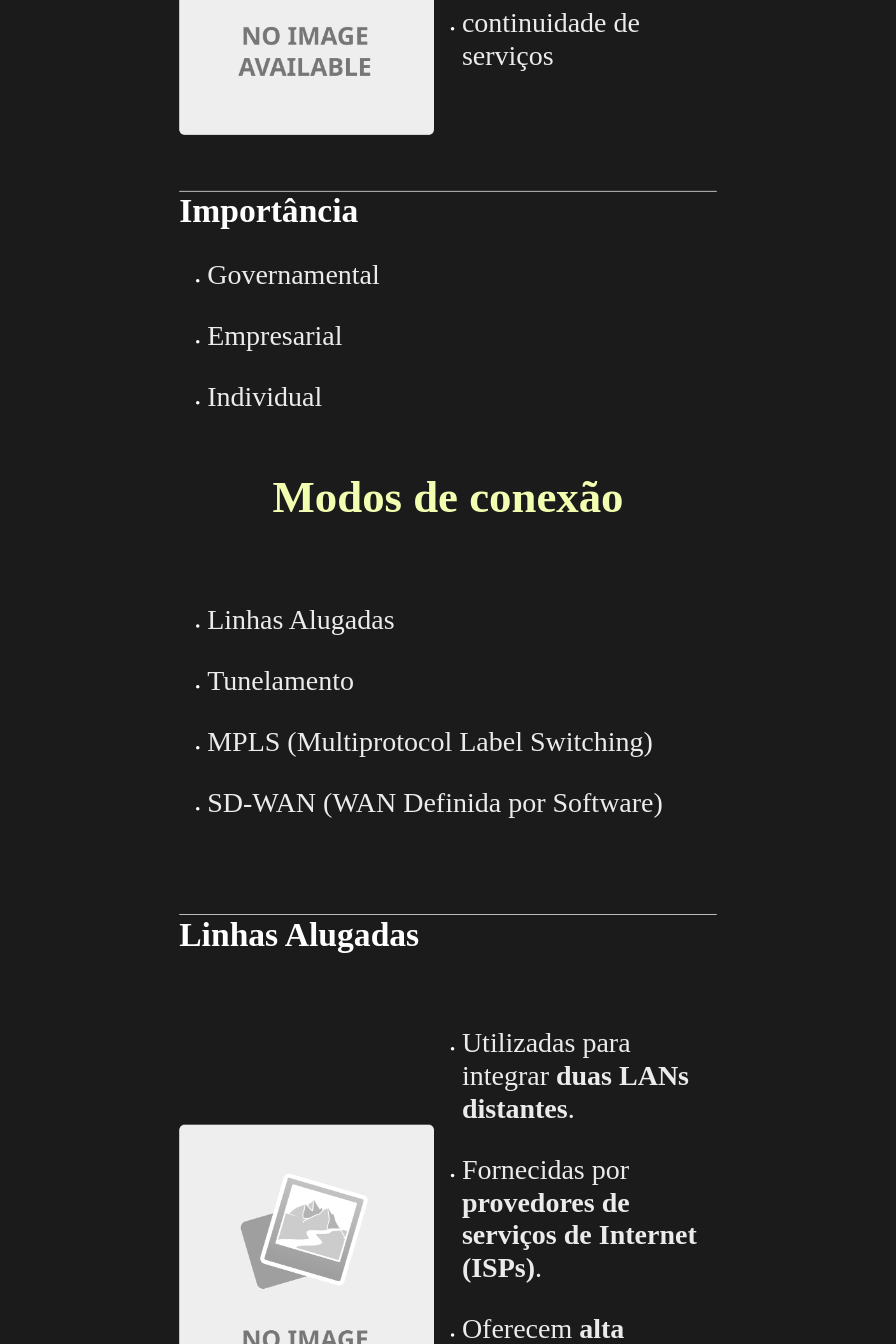
Repository: rafafbd/Site-sobre-redes-remotas
Page: Code/index.html
The author's editor kept a copy of each file at every save. The page is drawn from the files as they stood at one save, then again after a run of saves.
The browser window is 1280 px wide. The pictures show the part of the page from y = 1784 to 3704 px (the page is 7009 px tall before and 6572 px after), at 70% of full size.

Above is the page before, as saved 2025-05-27 08:11:02.

After the next 2 saves:
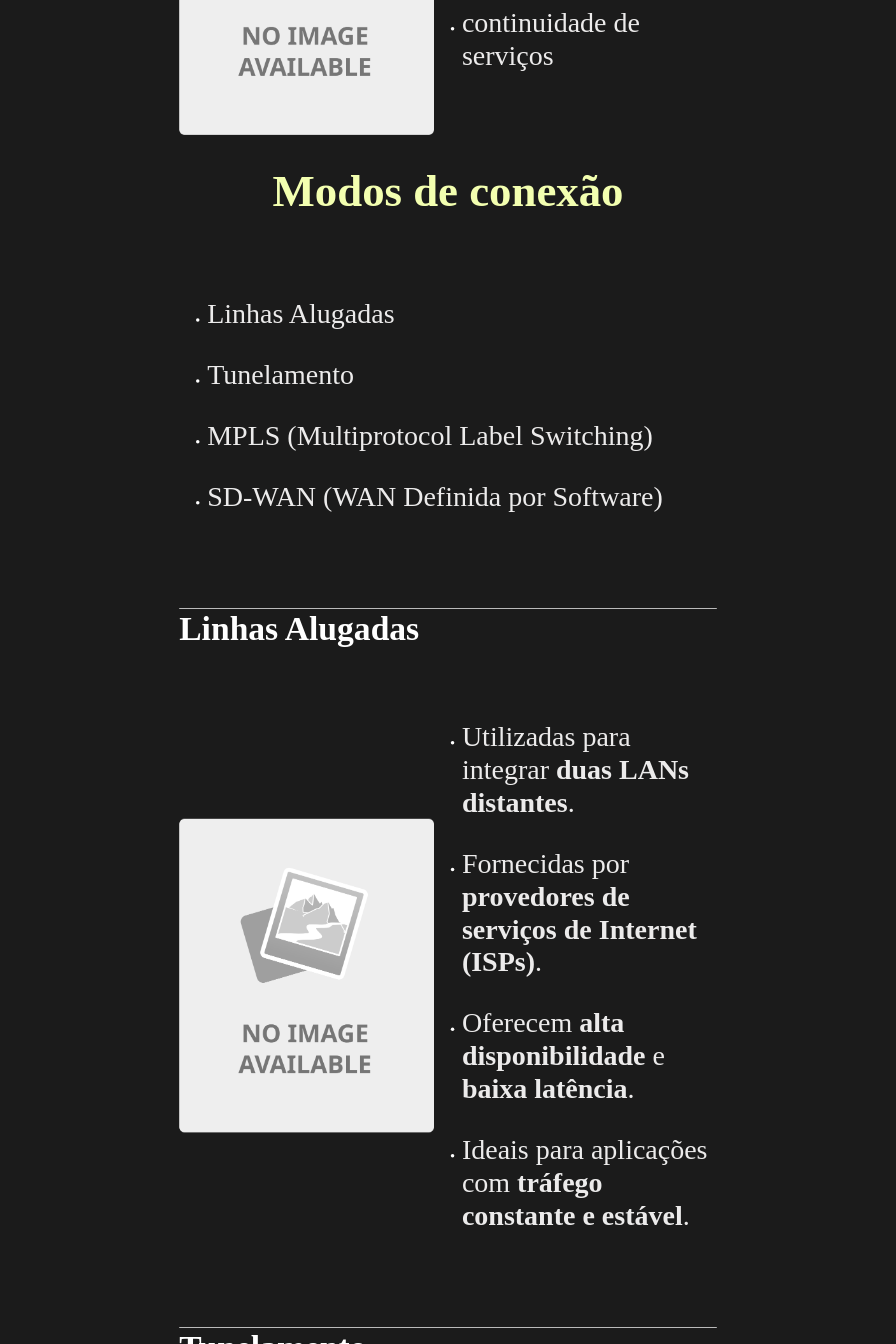
The 2 saves are shown as one change because they came seconds apart.
The last was saved 3 min 52 s later.
--- a/Code/index.html
+++ b/Code/index.html
@@ -58,22 +58,22 @@
 
 
         <!-- Importância -->
-        <div class="full-content">
-            <div>
-                <h1 class="subtitulo">Importância</h1>
-            </div>
-            <ul class="lista">
-                <li>
-                    <p class="texto">Governamental</p>
-                </li>
-                <li>
-                    <p class="texto">Empresarial</p>
-                </li>
-                <li>
-                    <p class="texto">Individual</p>
-                </li>
-            </ul>
-        </div>
+            <!-- <div class="full-content">
+                <div>
+                    <h1 class="subtitulo">Importância</h1>
+                </div>
+                <ul class="lista">
+                    <li>
+                        <p class="texto">Governamental</p>
+                    </li>
+                    <li>
+                        <p class="texto">Empresarial</p>
+                    </li>
+                    <li>
+                        <p class="texto">Individual</p>
+                    </li>
+                </ul>
+            </div> -->
 
         <!-- Modos de conexão -->
         <div class="full-content centro">
